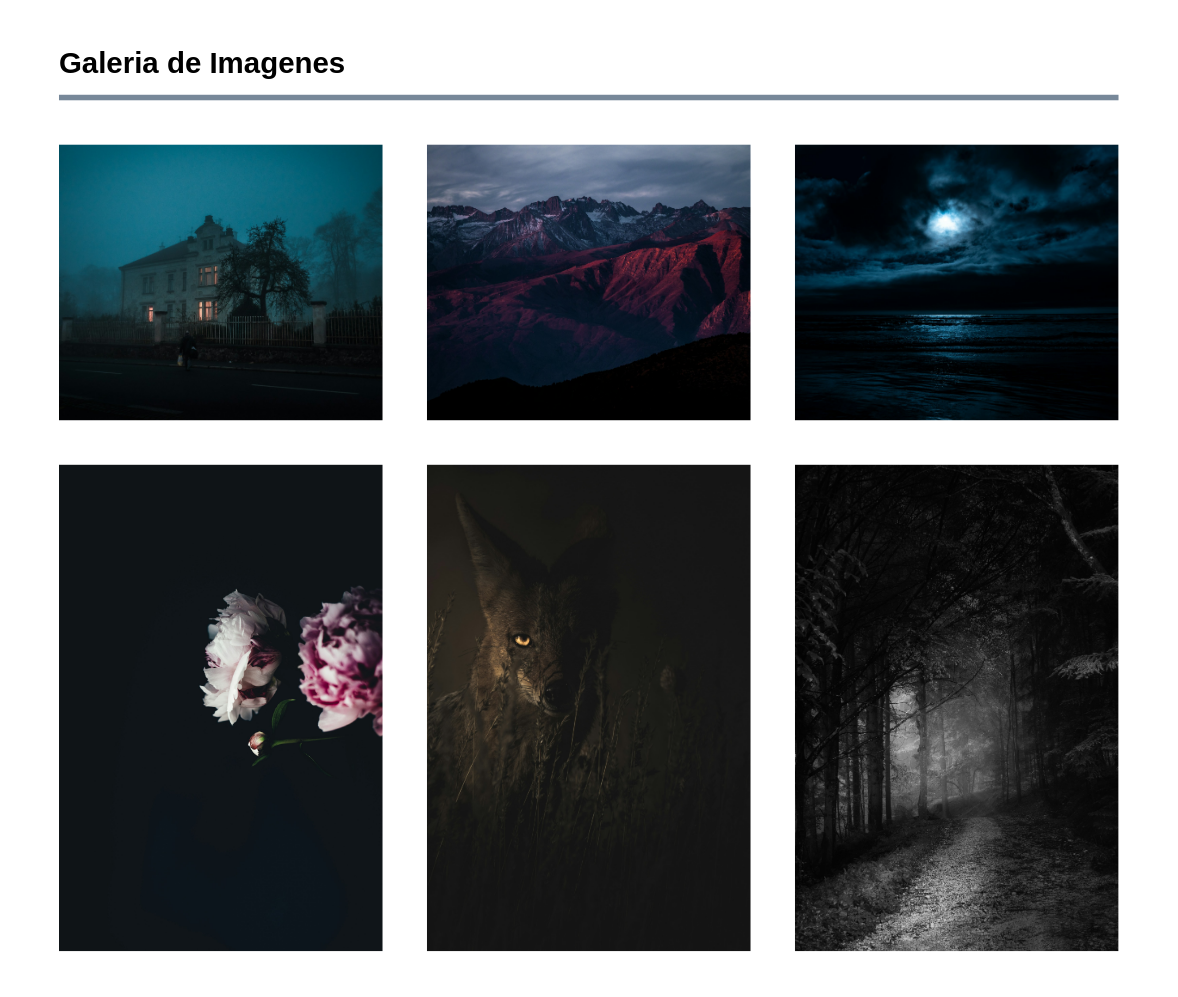
Repository: DamianBermudez94/curso-css3
Page: galeriaImagenes/index.html
These files come from the project's save history. The page is drawn as it stood at one moment and after the next save; the edit follows.
The browser window is 1280 px wide. The pictures show the whole page, at 92% of full size.

Above is the page before, as saved 2024-06-21 19:50:37.

After the next save:
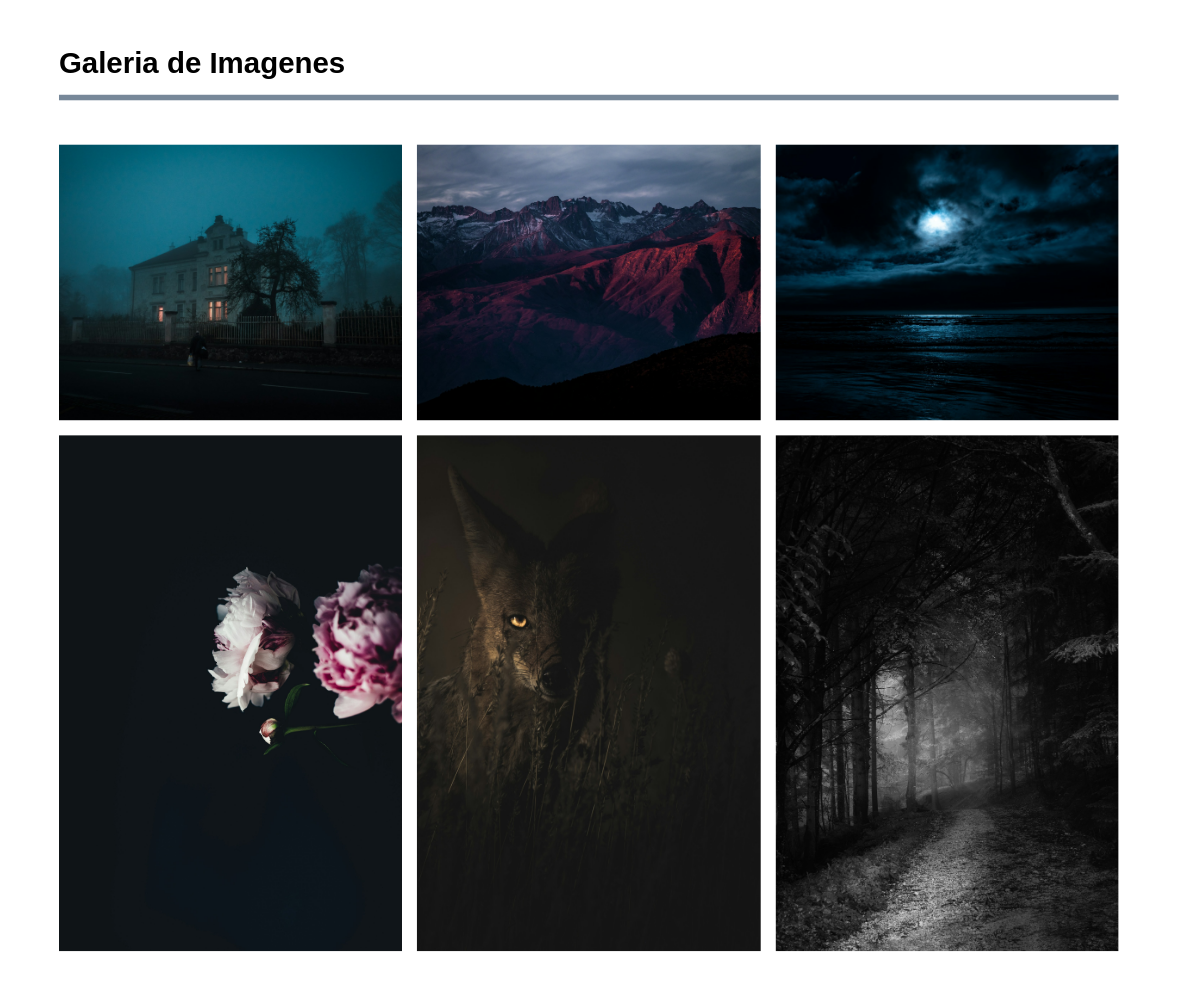
Saved 4 s later.
--- a/galeriaImagenes/estilos.css
+++ b/galeriaImagenes/estilos.css
@@ -30,7 +30,7 @@
   display: grid;
   grid-template-columns: repeat(auto-fit, minmax(300px, 1fr));
   grid-template-rows: 300px;
-  gap: 3em;
+  gap: 1em;
 }
 .picture {
   width: 100%;
